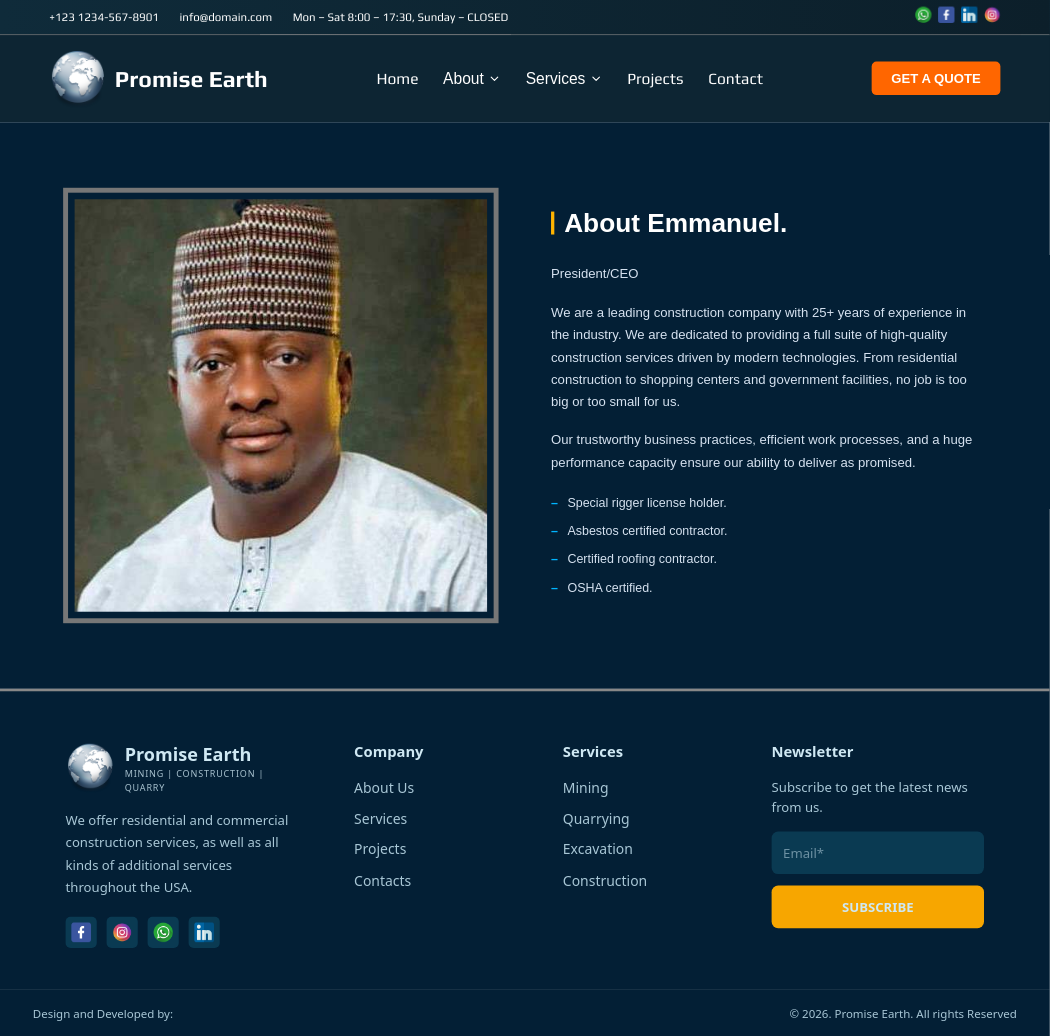
Repository: KC-Minchakpu/promise-earth
Page: /Emmanuel
An editor plug-in stored every save of this project. The page is shown before and after the next save, followed by the edit.
The browser window is 1280 px wide. The pictures show the whole page, at 82% of full size.
The project was rebuilt for these pictures with package versions that can differ from the ones it lists, and the page was loaded fresh each time. The framework's server and built-in components were replaced by stand-ins that run in the browser. Also part of the build but not shown: next.config.ts.

Above is the page before, as saved 2026-02-27 13:26:39.

After the next save:
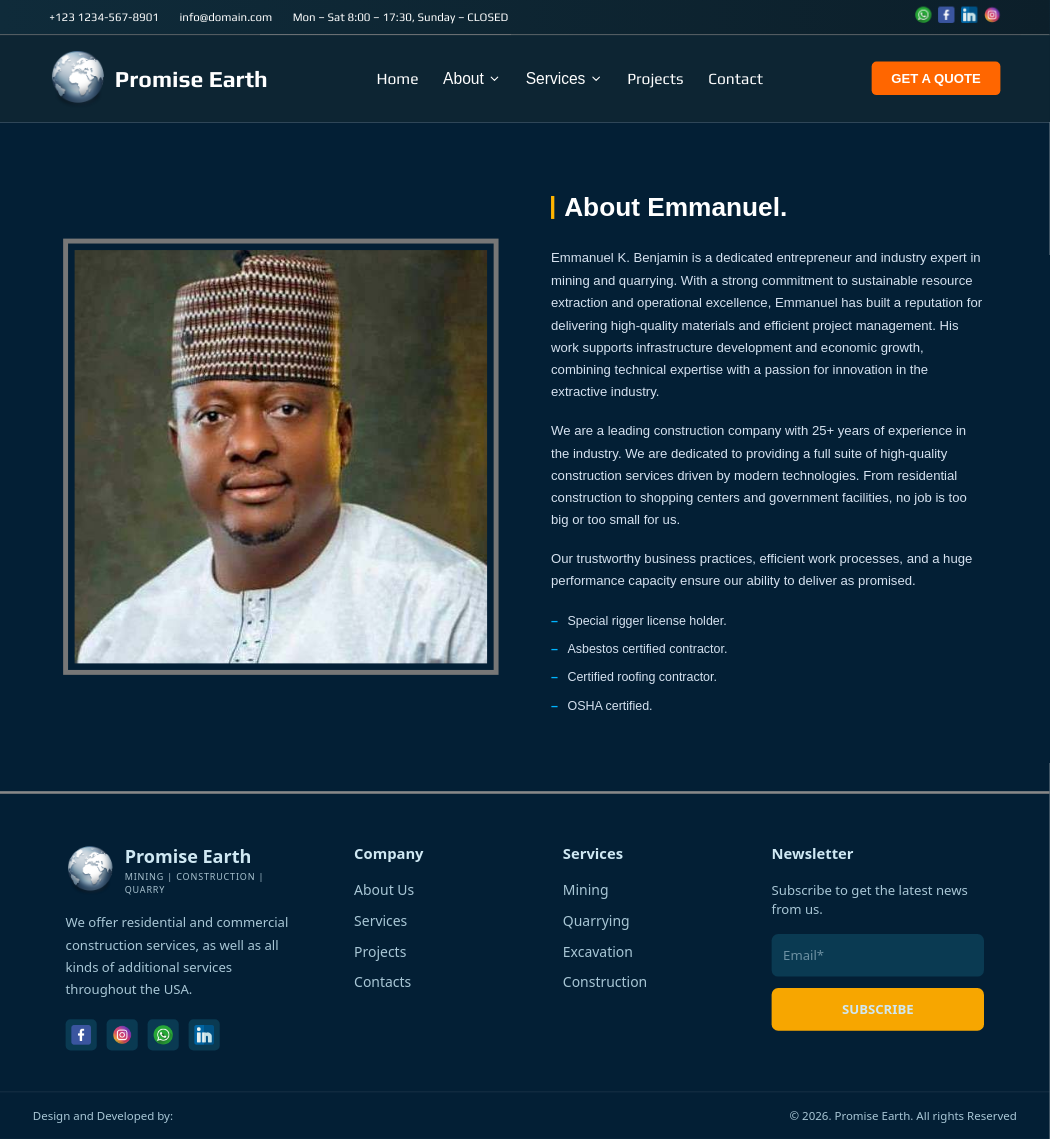
Saved 72 s later.
--- a/src/components/About/AboutEmmanuel.tsx
+++ b/src/components/About/AboutEmmanuel.tsx
@@ -23,7 +23,11 @@ const AboutEmmanuel = () => {
           </h2>
 
           <p>
-            President/CEO
+            Emmanuel K. Benjamin is a dedicated entrepreneur and industry expert in mining and quarrying.
+            With a strong commitment to sustainable resource extraction and operational excellence,
+            Emmanuel has built a reputation for delivering high-quality materials and efficient project
+            management. His work supports infrastructure development and economic growth, combining
+            technical expertise with a passion for innovation in the extractive industry.
           </p>
 
           <p>
